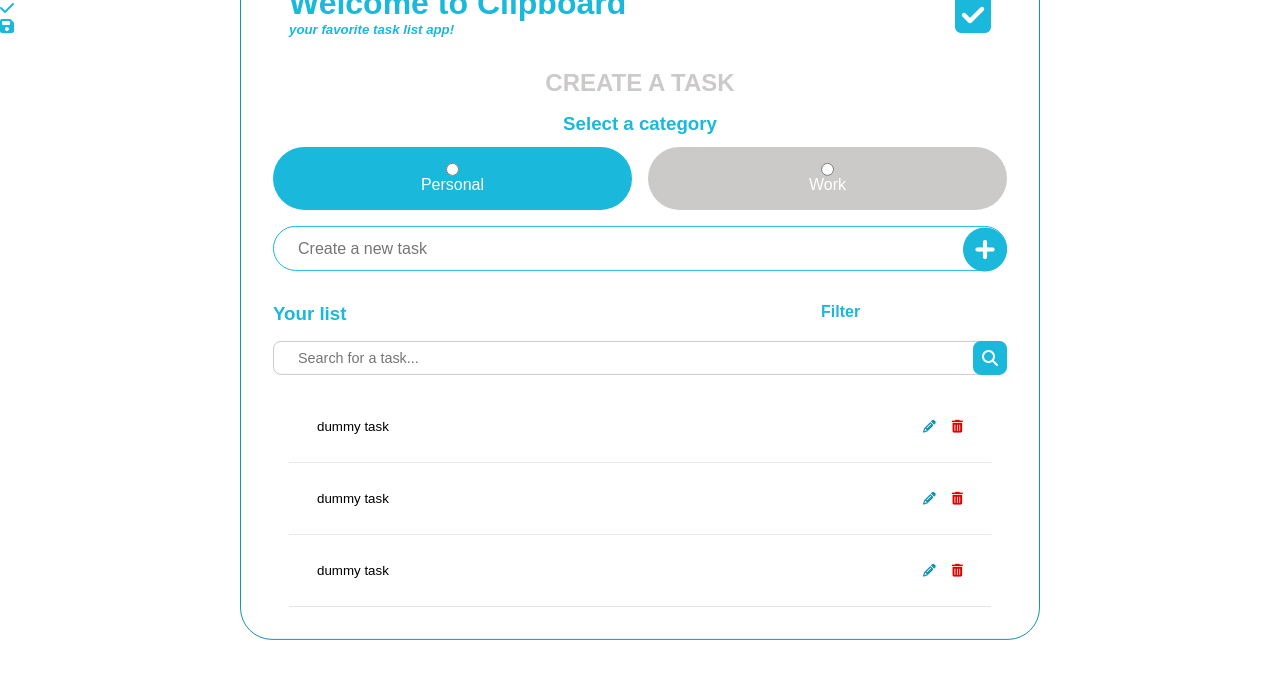
Repository: WesleyErasmus/Todo-App
Page: todoApp.html
The author's editor kept a copy of each file at every save. The page is drawn from the files as they stood at one save, then again after the next save.
The browser window is 1280 px wide. The pictures show the whole page.
Some web libraries are served in a nearby version.

Above is the page before, as saved 2022-06-12 09:18:33.

After the next save:
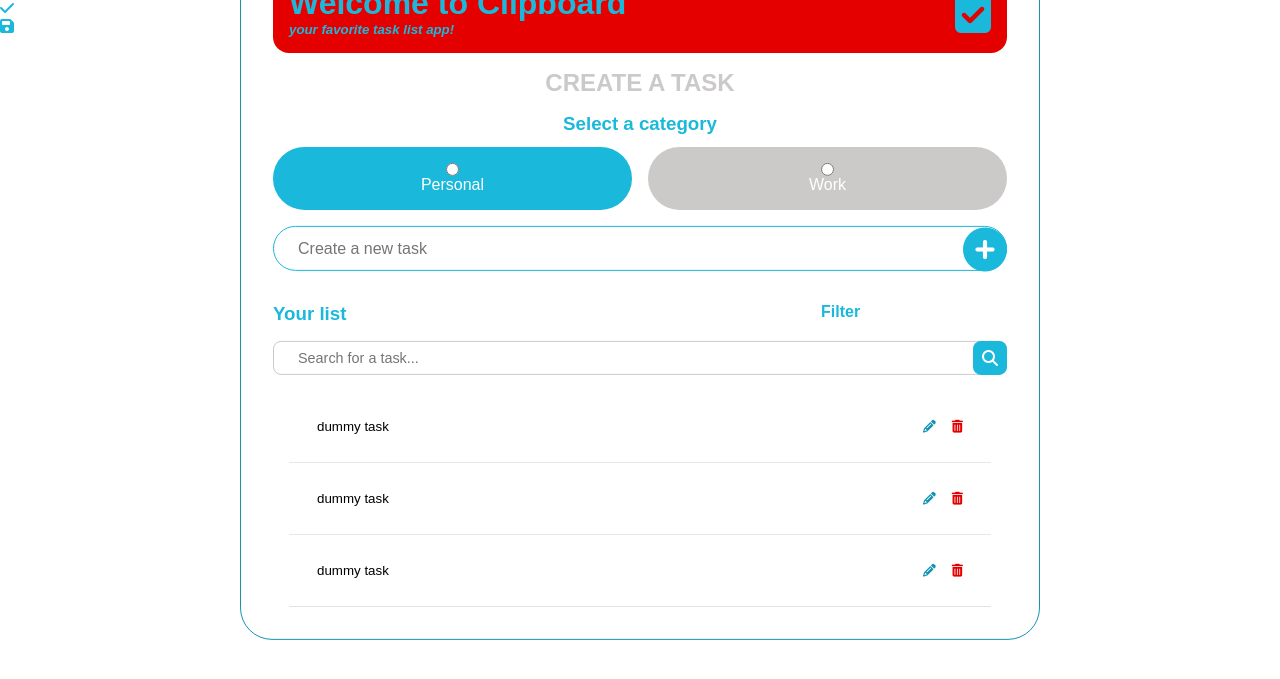
Saved 20 s later.
--- a/source/css/todoApp.css
+++ b/source/css/todoApp.css
@@ -71,7 +71,7 @@ header {
     display: flex;
     justify-content: space-between;
     padding: 1rem;
-    background-color: var(--);
+    background-color: #E50000;
     border-radius: 1rem;
 }
 

After the save that followed:
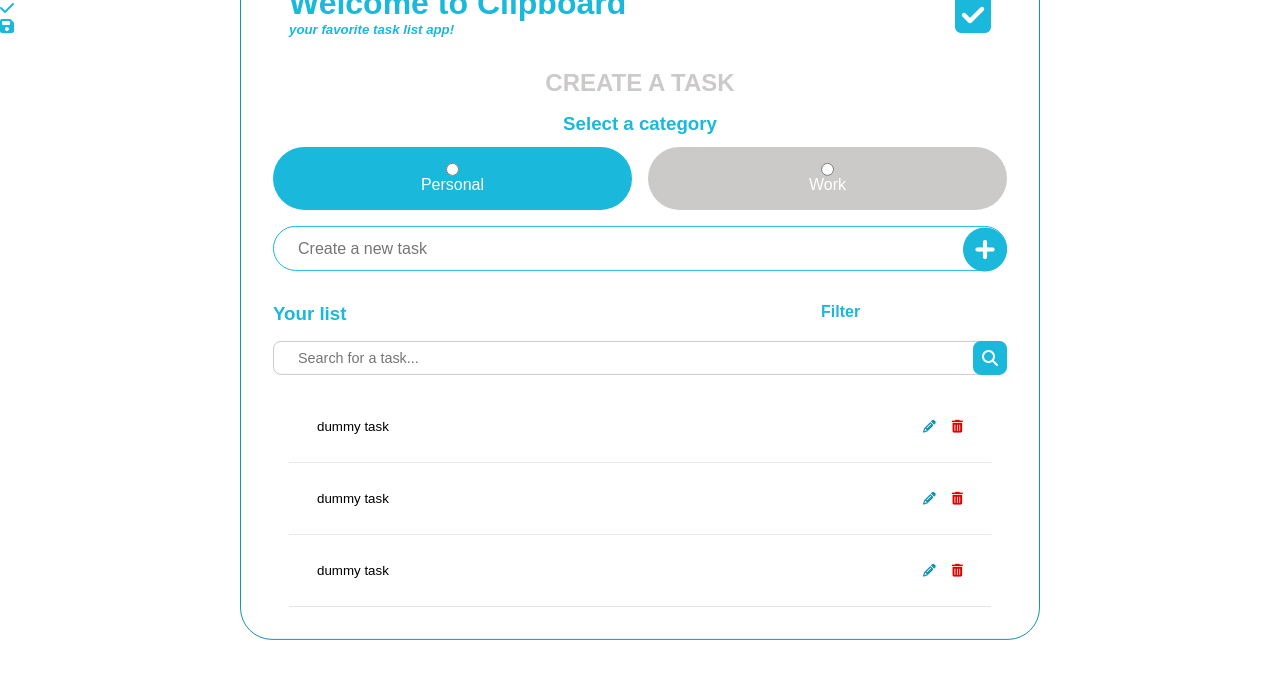
Saved 9 s later.
--- a/source/css/todoApp.css
+++ b/source/css/todoApp.css
@@ -71,7 +71,7 @@ header {
     display: flex;
     justify-content: space-between;
     padding: 1rem;
-    background-color: #E50000;
+    background-color: ;
     border-radius: 1rem;
 }
 
